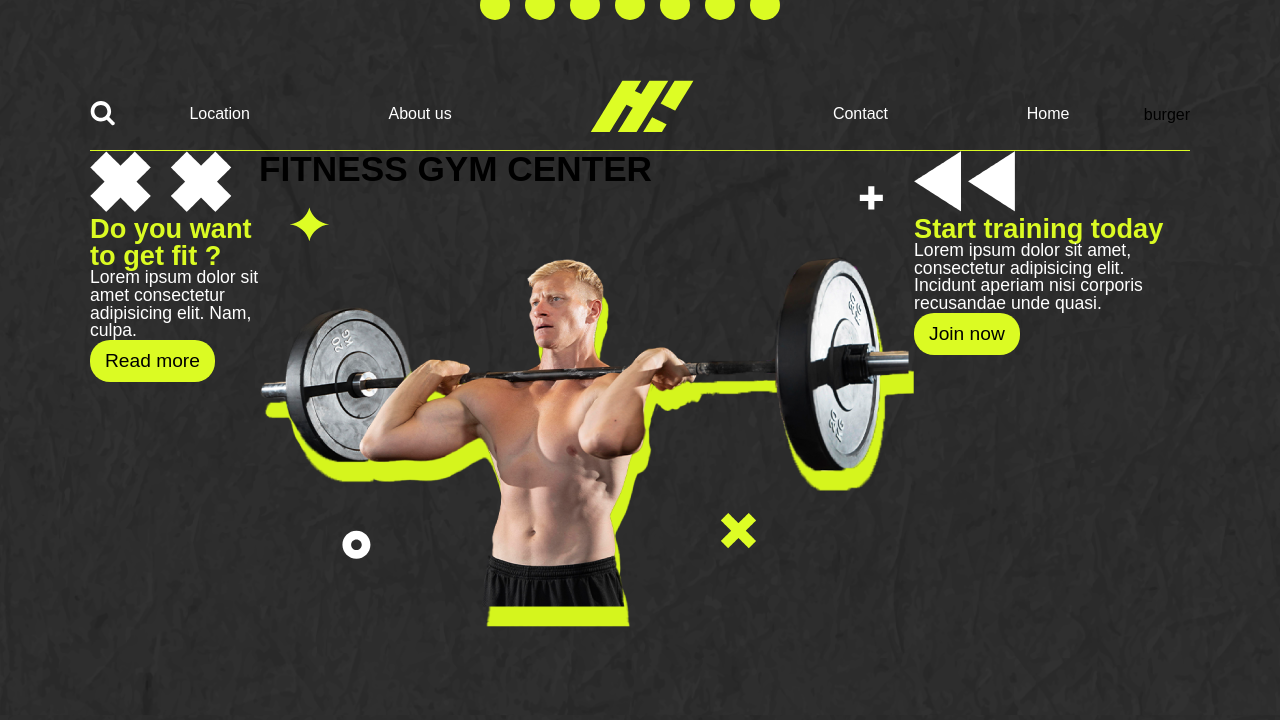
Repository: sem1103/fitness-test
Page: index.html
These files come from the project's save history. The page is drawn as it stood at one moment and after the next save; the edit follows.
The browser window is 1280 px wide. The pictures show the whole page.

Above is the page before, as saved 2023-11-03 18:44:20.

### index.html
<!DOCTYPE html>
<html lang="en">
<head>
    <meta charset="UTF-8">
    <meta name="viewport" content="width=device-width, initial-scale=1.0">
    <title>Fitness</title>
    <link rel="stylesheet" href="style/reset.css"/>
    <link rel="stylesheet" href="style/main.css"/>
</head>
<body>
    <div id="circles">
        <ul>
            <li></li>
            <li></li>
            <li></li>
            <li></li>
            <li></li>
            <li></li>
            <li></li>
        </ul>
    </div>
    <header class="container">
        <div id="search">
            <svg version="1.2" xmlns="http://www.w3.org/2000/svg" viewBox="0 0 25 25" width="25" height="25"><style>.a{fill:#fff}</style><path fill-rule="evenodd" class="a" d="m23 24.2c-0.5 0-1 0-1.4-0.5-4.9-4.9-4.9-4.9-4.9-4.9-1.9 1.2-3.7 1.6-5.8 1.6-5.6 0-10.2-4.4-10.2-10 0-5.8 4.6-10.3 10.2-10.3 5.6 0 10.2 4.5 10.2 10.3 0 1.9-0.7 4-1.9 5.6 4.9 5.1 4.9 5.1 4.9 5.1 0.5 0.3 0.7 0.7 0.7 1.2 0 1.2-0.9 1.9-1.8 1.9zm-12.1-20.3c-3.7 0-6.5 2.8-6.5 6.5 0 3.5 2.8 6.3 6.5 6.3 3.5 0 6.5-2.8 6.5-6.3 0-3.7-3-6.5-6.5-6.5z"/></svg>
        </div>
        <nav>
            <ul>
                <li><a href="">Location</a></li>
                <li><a href="">About us</a></li>
                <li><a href=""><img src="./img/logo.png" alt="Logo"></a></li>
                <li><a href="">Contact</a></li>
                <li><a href="">Home</a></li>
            </ul>
        </nav>
        <div id="burger__menu">burger</div>
    </header>
    <main>

        <div id="intro" class="container">
            <div class="side__section">
                <div class="img">
                    <img src="img/section-one.png" alt="">
                </div>
                <h2>Do you want
                    to get fit ?</h2>
                <p>Lorem ipsum dolor sit amet consectetur adipisicing elit. Nam, culpa.</p>
                <button>Read more</button>
            </div>
            <div class="main__section">
                <h1>FITNESS GYM
                    CENTER</h1>
                <img src="img/section-two.png" alt="">
            </div>
            <div class="side__section">
                <div class="img">
                    <img src="img/section-three.png" alt="">
                </div>
                <h2>Start training
                    today</h2>
                <p>Lorem ipsum dolor sit amet, consectetur adipisicing elit. Incidunt aperiam nisi corporis recusandae unde quasi.</p>
                <button>Join now</button>
            </div>
        </div>


    </main>
</body>
</html>

### style/reset.css
html, body, div, span, applet, object, iframe,
h1, h2, h3, h4, h5, h6, p, blockquote, pre,
a, abbr, acronym, address, big, cite, code,
del, dfn, em, img, ins, kbd, q, s, samp,
small, strike, strong, sub, sup, tt, var,
b, u, i, center,
dl, dt, dd, ol, ul, li,
fieldset, form, label, legend,
table, caption, tbody, tfoot, thead, tr, th, td,
article, aside, canvas, details, embed,
figure, figcaption, footer, header, hgroup,
menu, nav, output, ruby, section, summary,
time, mark, audio, video {
	margin: 0;
	padding: 0;
	border: 0;
	font-size: 100%;
	font: inherit;
	vertical-align: baseline;
}
/* HTML5 display-role reset for older browsers */
article, aside, details, figcaption, figure,
footer, header, hgroup, menu, nav, section {
	display: block;
}
body {
	line-height: 1;
	font-family: Arial, Helvetica, sans-serif;
}
ol, ul {
	list-style: none;
}
blockquote, q {
	quotes: none;
}
blockquote:before, blockquote:after,
q:before, q:after {
	content: '';
	content: none;
}
table {
	border-collapse: collapse;
	border-spacing: 0;
}
a{
	text-decoration: none;
}

### style/main.css
.container {
    max-width: 1100px;
    margin: auto;
}

body {
    background: url(./../img/background.png) center/cover;
    min-height: 100vh;
}

#circles ul {
    display: flex;
    flex-direction: row;
    width: 100%;
    justify-content: center;
    gap: 15px;
    margin: -10px;
}

#circles li {
    padding: 15px;
    border-radius: 50%;
    background-color: #dbfb23;
}

header {
    padding: 70px 0 0 0;
    border-bottom: 1px solid #dbfb23;
}

header,
nav ul {
    display: flex;
    flex-direction: row;
    justify-content: space-between;
    align-items: center;
}

nav {
    flex-basis: 80%;
}

nav ul {
    align-items: stretch;
}

nav li {
    display: flex;
    align-items: center;
    transition: all .3s ease-in-out;
    border-bottom: 2px solid transparent;
}
nav li:nth-child(3){
    margin: 0 0 15px 0;
    border: 0;
}
nav a {
    color: #fff;
}

nav li:hover {
    color: #dbfb23;
    transition: all .3s ease-in-out;
    border-color: #fff;
}
h1{
    font-size: 2.2rem;
    font-weight: 900;
}
h2{
    color: #dbfb23;
    font-size: 1.7rem;
    font-weight: 600;
}
#intro{
    display: flex;
    flex-direction: row;
}
#intro p{
    color: #fff;
    font-size: 1.1rem;
}

#intro button{
    border: 0;
    outline: 0;
    padding: 10px 15px;
    background-color: #dbfb23;
    border-radius: 20px;
    font-size: 1.2rem;
    cursor: pointer;
}

After the next save:
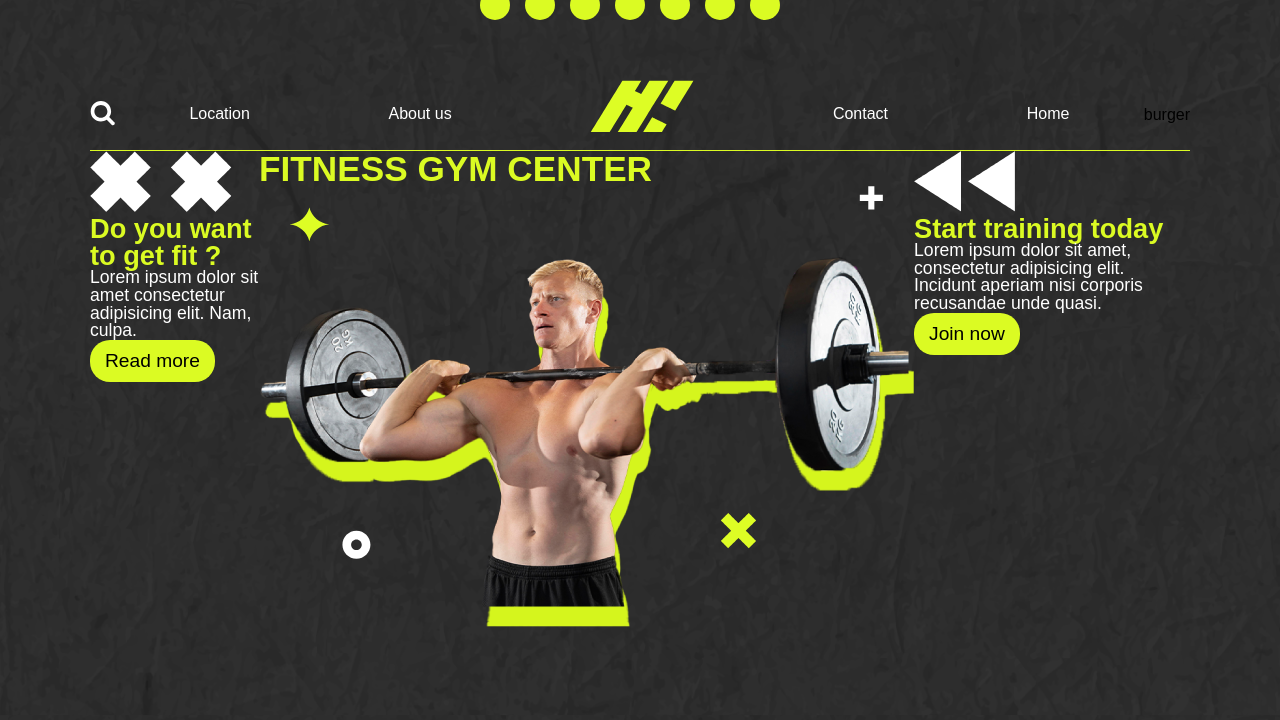
Saved 7 s later.
--- a/style/main.css
+++ b/style/main.css
@@ -66,6 +66,7 @@
 h1{
     font-size: 2.2rem;
     font-weight: 900;
+    color: #dbfb23;
 }
 h2{
     color: #dbfb23;
